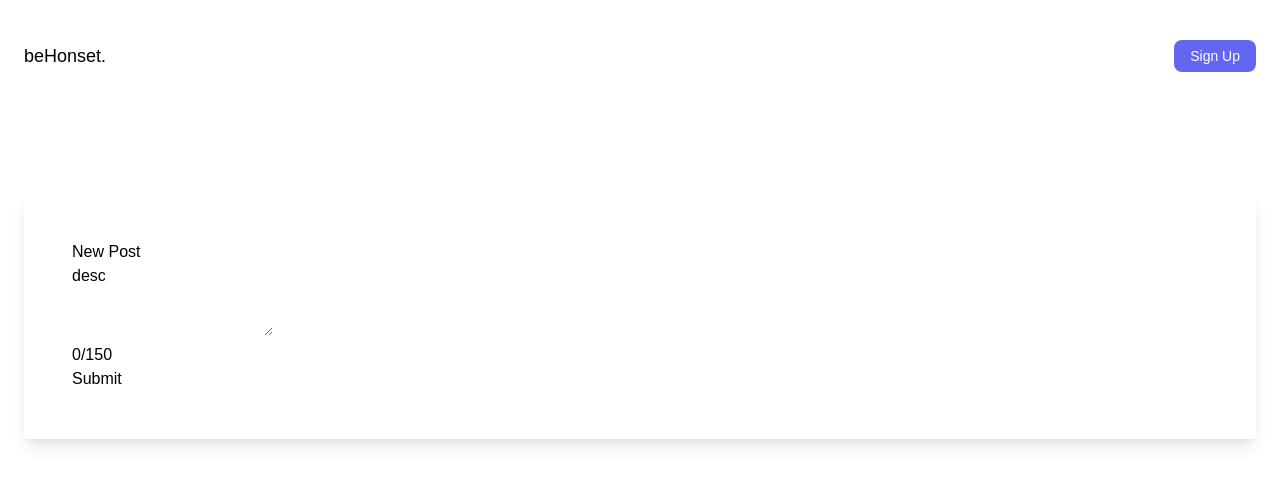
Repository: aidenfine/be-honset
Page: /new-post
The author's editor kept a copy of each file at every save. The page is drawn from the files as they stood at one save, then again after the next save.
The browser window is 1280 px wide. The pictures show the whole page.
The page's requests for data from a server got no answer. The project was rebuilt for these pictures with package versions that can differ from the ones it lists, and the page was loaded fresh each time. The framework's server and built-in components were replaced by stand-ins that run in the browser. No one was signed in, and anything a server would have sent is missing. Also part of the build but not shown: next.config.js.

Above is the page before, as saved 2022-10-26 20:00:17.

After the next save:
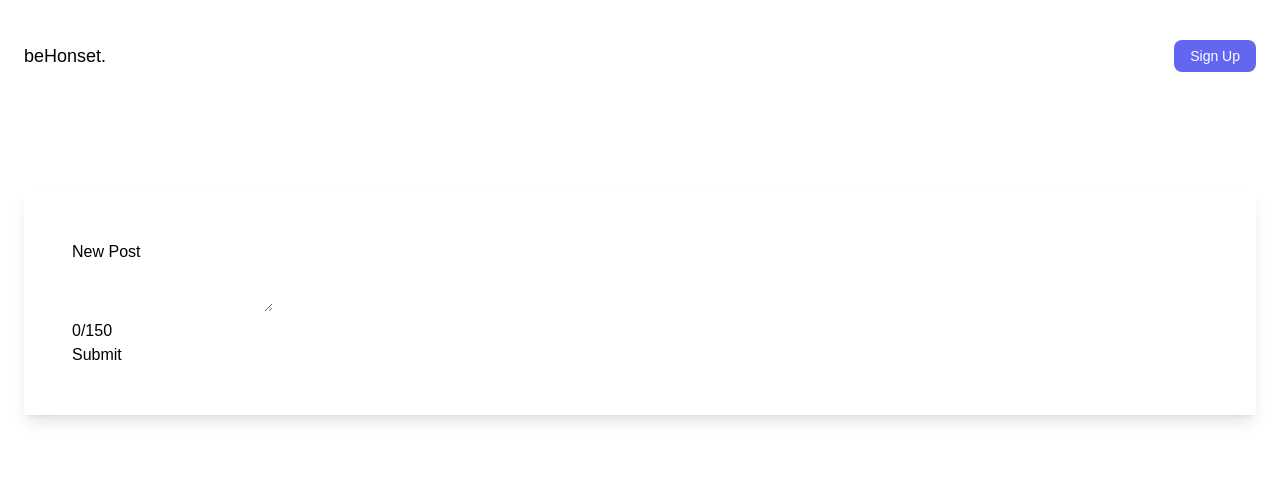
Saved 7 s later.
--- a/pages/new-post.js
+++ b/pages/new-post.js
@@ -11,9 +11,6 @@
             <form>
                 <h1>New Post</h1>
                 <div>
-                    <h3>
-                        desc
-                    </h3>
                     <textarea></textarea>
                     <p>0/150</p>
                 </div>
